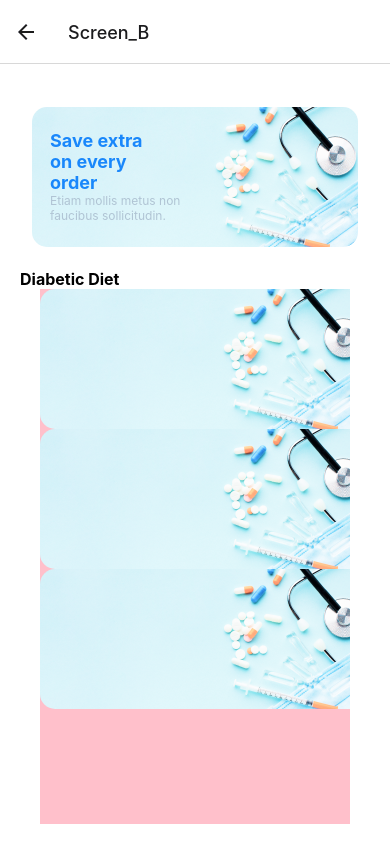
Repository: ntu34543/designReactNative
Screen: /Screen_B
An editor plug-in stored every save of this project. The screen is shown before and after the next save, followed by the edit.
The app was drawn by React Native's web renderer in a window 390 px wide. The project was rebuilt for these pictures with package versions that can differ from the ones it lists, and the page was loaded fresh each time.

Above is the screen before, as saved 2022-10-21 14:40:01.

### App.js
import { StatusBar } from "expo-status-bar";
import { StyleSheet, Text, View, Pressable, TabBarIOSItem } from "react-native";
import { NavigationContainer } from "@react-navigation/native";
import { createStackNavigator } from "@react-navigation/stack";
import ScreenA from "./page/Home";
import ScreenB from "./page/DiabetesCare";
import FontAwesome5 from "react-native-vector-icons/FontAwesome5";

const Stack = createStackNavigator();
const Tab = createStackNavigator();
export default function App() {
  return (
    <NavigationContainer>
      <Tab.Navigator
        // screenOptions={{ header: () => null }}
        screenOptions={({ route }) => ({
          tabBarIcon: ({ focused, size, color }) => {
            let iconName;
            if (route.name === "Screen_A") {
              iconName = "autoprefixer";
              size = focused ? 25 : 20;
              // color = focused ? "#f0f" : "#555";
            } else if (route.name === "Screen_B") {
              iconName = "btc";
              size = focused ? 25 : 20;
              // color = focused ? "#f0f" : "#555";
            }
            return <FontAwesome5 name={iconName} size={size} color={color} />;
          },
        })}
        tabBarOptions={{
          activeTintColor: "#f0f",
          inactiveTintColor: "#555",
          inactiveBackgroundColor: "#999",
          showLabel: true,
          labelStyle: { fontSize: 14 },
        }}
      >
        <Tab.Screen
          name="Screen_A"
          component={ScreenA}
          options={{ tabBarBadge: 3 }}
        />
        {/* options={{header: () => null}} */}
        <Tab.Screen name="Screen_B" component={ScreenB} />
      </Tab.Navigator>
    </NavigationContainer>
  );
}

### page/Home.js
import { StatusBar } from "expo-status-bar";
import { StyleSheet, Text, View, Pressable } from "react-native";

export default function ScreenA({ navigation }) {
  const onPressHandler = () => {
    navigation.navigate("Screen_B");
    // navigation.replace("Screen_B");
  };
  return (
    <View style={styles.body}>
      <Text style={styles.text}>Screen A</Text>
      <Pressable
        onPress={onPressHandler}
        style={({ pressed }) => ({
          backgroundColor: pressed ? "#ddd" : "#0f0",
        })}
      >
        <Text style={styles.text}>Go to the Screen B</Text>
      </Pressable>
    </View>
  );
}

const styles = StyleSheet.create({
  body: {
    flex: 1,
    justifyContent: "center",
    alignItems: "center",
  },
  text: {
    fontSize: 30,
    fontWeight: "bold",
  },
});

### page/DiabetesCare.js
import { StatusBar } from "expo-status-bar";
import {
  StyleSheet,
  Text,
  View,
  Pressable,
  Image,
  ScrollView,
} from "react-native";

export default function ScreenB({ navigation }) {
  const onPressHandler = () => {
    navigation.navigate("Screen_A");
    // navigation.goBack();
  };
  return (
    <View style={styles.body}>
      <View style={styles.banner}>
        <View style={styles.imgHeader}>
          <Image
            style={styles.image}
            source={require("../assets/img/banner.png")}
          />
        </View>
        <View style={styles.title}>
          <Text style={styles.title1}>Save extra on every order</Text>
          <Text style={styles.title2}>
            Etiam mollis metus non faucibus sollicitudin.{" "}
          </Text>
        </View>
      </View>
      <View style={styles.topPro}>
        <Text style={styles.title3}>Diabetic Diet</Text>
        <ScrollView style={styles.scrollView}>
          <Image
            style={styles.image}
            source={require("../assets/img/banner.png")}
          />
          <Image
            style={styles.image}
            source={require("../assets/img/banner.png")}
          />
          <Image
            style={styles.image}
            source={require("../assets/img/banner.png")}
          />
        </ScrollView>
      </View>
    </View>
  );
}

const styles = StyleSheet.create({
  body: {
    flex: 1,
    backgroundColor: "white",
    padding: 20,
  },
  text: {
    fontSize: 30,
    fontWeight: "bold",
  },
  banner: {
    justifyContent: "center",
    alignItems: "center",
    // marginTop: 100,
    flex: 1,
  },
  imgHeader: {
    position: "absolute",
  },
  title: {
    position: "absolute",
    paddingRight: 120,
  },
  title1: {
    color: "#1987FB",
    fontSize: 18,
    width: 110,
    fontWeight: "bold",
  },
  title2: {
    fontSize: 12,
    width: 170,
    fontWeight: "light",
    color: "#b0c4d4",
  },
  image: {
    borderRadius: 15,
  },
  topPro: {
    flex: 3,
  },
  title3: {
    position: "relative",
    fontSize: 16,
    fontWeight: "bold",
  },
  scrollView: {
    backgroundColor: "pink",
    marginHorizontal: 20,
    flexDirection: "row",
  },
});

After the next save:
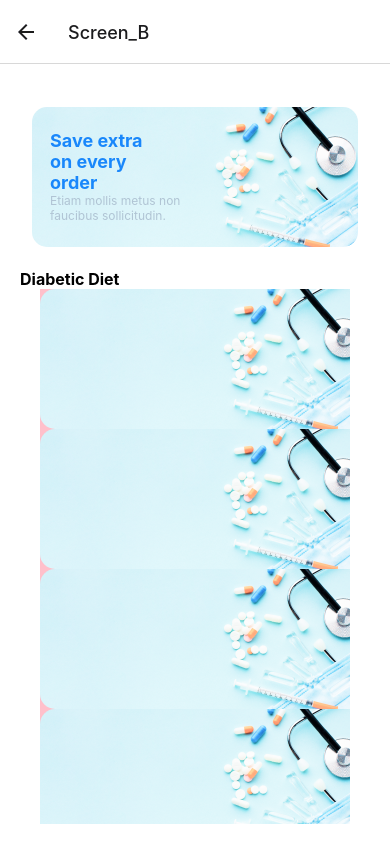
Saved 5 s later.
--- a/page/DiabetesCare.js
+++ b/page/DiabetesCare.js
@@ -32,6 +32,10 @@ export default function ScreenB({ navigation }) {
       <View style={styles.topPro}>
         <Text style={styles.title3}>Diabetic Diet</Text>
         <ScrollView style={styles.scrollView}>
+          <Image
+            style={styles.image}
+            source={require("../assets/img/banner.png")}
+          />
           <Image
             style={styles.image}
             source={require("../assets/img/banner.png")}

After the save that followed:
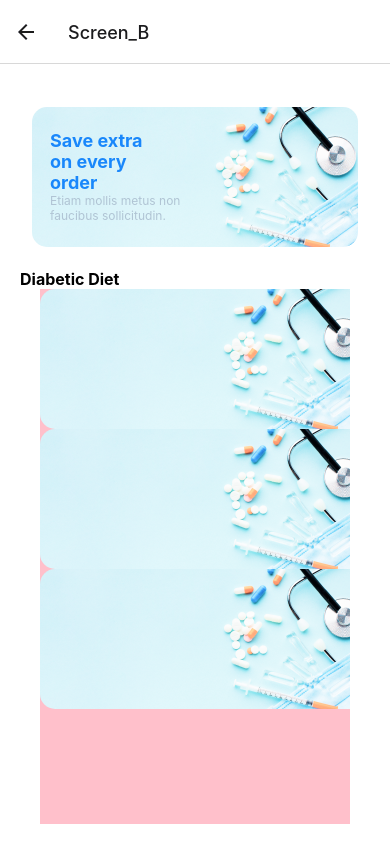
Saved 13 s later.
--- a/page/DiabetesCare.js
+++ b/page/DiabetesCare.js
@@ -44,10 +44,7 @@ export default function ScreenB({ navigation }) {
             style={styles.image}
             source={require("../assets/img/banner.png")}
           />
-          <Image
-            style={styles.image}
-            source={require("../assets/img/banner.png")}
-          />
+
         </ScrollView>
       </View>
     </View>
